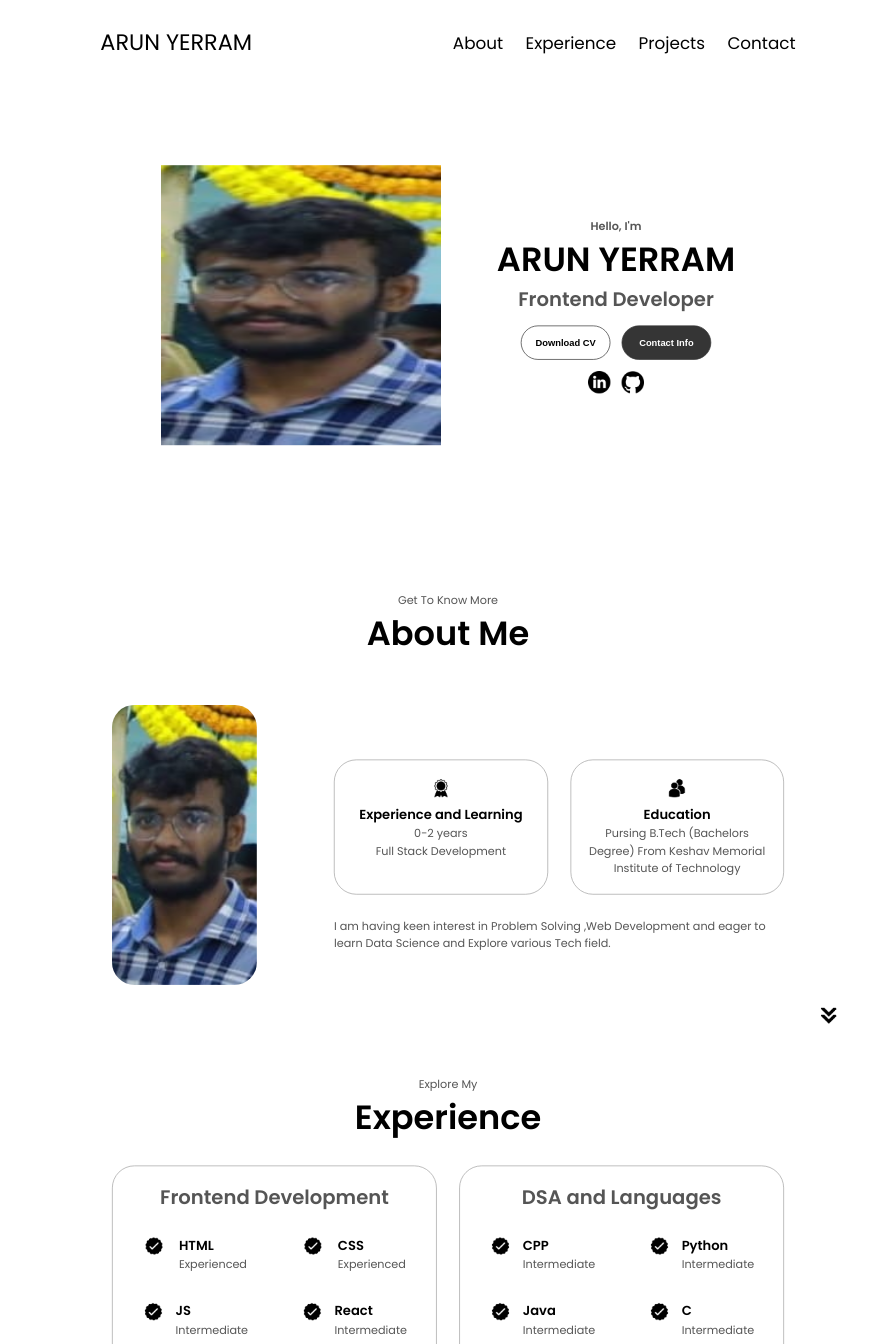
Repository: ARUN-YERRAM/ARUN-YERRAM-PORTFOLIO
Page: portfolio/index.html
These files come from the project's save history. The page is drawn as it stood at one moment and after a run of saves; the edit follows.
The browser window is 1280 px wide. The pictures show the part of the page from y = 0 to 1920 px (the page is 3401 px tall), at 70% of full size.

Above is the page before, as saved 2024-07-07 04:22:33.

### portfolio/index.html
<!DOCTYPE html>
<html lang="en">
  <head>
    <meta charset="UTF-8" />
    <meta http-equiv="X-UA-Compatible" content="IE=edge" />
    <meta name="viewport" content="width=device-width, initial-scale=1.0" />
    <title>My Portfolio</title>
    <link rel="stylesheet" href="style.css" />
    <link rel="stylesheet" href="mediaqueries.css" />
  </head>
  <body>
    <nav id="desktop-nav">
      <div class="logo">ARUN YERRAM</div>
      <div>
        <ul class="nav-links">
          <li><a href="#about">About</a></li>
          <li><a href="#experience">Experience</a></li>
          <li><a href="#projects">Projects</a></li>
          <li><a href="#contact">Contact</a></li>
        </ul>
      </div>
    </nav>
    <nav id="hamburger-nav">
      <div class="logo">ARUN YERRAM</div>
      <div class="hamburger-menu">
        <div class="hamburger-icon" onclick="toggleMenu()">
          <span></span>
          <span></span>
          <span></span>
        </div>
        <div class="menu-links">
          <li><a href="#about" onclick="toggleMenu()">About</a></li>
          <li><a href="#experience" onclick="toggleMenu()">Experience</a></li>
          <li><a href="#projects" onclick="toggleMenu()">Projects</a></li>
          <li><a href="#contact" onclick="toggleMenu()">Contact</a></li>
        </div>
      </div>
    </nav>
    <section id="profile">
      <div class="section__pic-container">
        <img src="./assets/Photo1.jpg" alt="John Doe profile picture" width = "400px" />
      </div>
      <div class="section__text">
        <p class="section__text__p1">Hello, I'm</p>
        <h1 class="title">ARUN YERRAM</h1>
        <p class="section__text__p2">Frontend Developer</p>
        <div class="btn-container">
          <button
            class="btn btn-color-2"
            onclick="window.open('./assets/My_Resume.pdf')"
          >
            Download CV
          </button>
          <button class="btn btn-color-1" onclick="location.href='./#contact'">
            Contact Info
          </button>
        </div>
        <div id="socials-container">
          <img
            src="./assets/linkedin.png"
            alt="My LinkedIn profile"
            class="icon"
            onclick="window.open('https://www.linkedin.com/in/arun-yerram/','_blank')"
          />
          <img
            src="./assets/github.png"
            alt="My Github profile"
            class="icon"
            onclick="location.href='https://github.com/ARUN-YERRAM?tab=repositories'"
          />
        </div>
      </div>
    </section>
    <section id="about">
      <p class="section__text__p1">Get To Know More</p>
      <h1 class="title">About Me</h1>
      <div class="section-container">
        <div class="section__pic-container">
          <img
            src="./assets/Photo1.jpg"
            alt="Profile picture"
            class="about-pic"
          />
        </div>
        <div class="about-details-container">
          <div class="about-containers">
            <div class="details-container">
              <img
                src="./assets/experience.png"
                alt="Experience icon"
                class="icon"
              />
              <h3>Experience and Learning</h3>
              <p>0-2 years <br />Full Stack Development</p>
            </div>
            <div class="details-container">
              <img
                src="./assets/education.png"
                alt="Education icon"
                class="icon"
              />
              <h3>Education</h3>
              <p>Pursing B.Tech (Bachelors Degree) From Keshav Memorial Institute of Technology <br /></p>
            </div>
          </div>
          <div class="text-container">
            <p>
              I am having keen interest in Problem Solving ,Web Development and eager to learn Data Science and Explore various Tech field.
            </p>
          </div>
        </div>
      </div>
      <img
        src="./assets/arrow.png"
        alt="Arrow icon"
        class="icon arrow"
        onclick="location.href='./#experience'"
      />
    </section>
    <section id="experience">
      <p class="section__text__p1">Explore My</p>
      <h1 class="title">Experience</h1>
      <div class="experience-details-container">
        <div class="about-containers">
          <div class="details-container">
            <h2 class="experience-sub-title">Frontend Development</h2>
            <div class="article-container">
              <article>
                <img
                  src="./assets/checkmark.png"
                  alt="Experience icon"
                  class="icon"
                />
                <div>
                  <h3>HTML</h3>
                  <p>Experienced</p>
                </div>
              </article>

              <article>
                <img
                  src="./assets/checkmark.png"
                  alt="Experience icon"
                  class="icon"
                />
                <div>
                  <h3>CSS</h3>
                  <p>Experienced</p>
                </div>
              </article>

              <article>
                <img
                  src="./assets/checkmark.png"
                  alt="Experience icon"
                  class="icon"
                />
                <div>
                  <h3>JS</h3>
                  <p>Intermediate</p>
                </div>
              </article>

              <article>
                <img
                  src="./assets/checkmark.png"
                  alt="Experience icon"
                  class="icon"
                />
                <div>
                  <h3>React</h3>
                  <p>Intermediate</p>
                </div>
              </article>

              <article>
                <img
                  src="./assets/checkmark.png"
                  alt="Experience icon"
                  class="icon"
                />
                <div>
                  <h3>MongoDb</h3>
                  <p>Intermediate</p>
                </div>
              </article>

                <article>
                  <img
                    src="./assets/checkmark.png"
                    alt="Experience icon"
                    class="icon"
                  />
                  <div>
                    <h3>Node JS</h3>
                    <p>Intermediate</p>
                  </div>
                </article>


                <article>
                  <img
                    src="./assets/checkmark.png"
                    alt="Experience icon"
                    class="icon"
                  />
                  <div>
                    <h3>Express JS</h3>
                    <p>Intermediate</p>
                  </div>
                </article>

                <article>
                <img
                  src="./assets/checkmark.png"
                  alt="Experience icon"
                  class="icon"
                />
                <div>
                  <h3>Git && Github</h3>
                  <p>Intermediate</p>
                </div>
              </article>

            </div>
          </div>
          <div class="details-container">
            <h2 class="experience-sub-title">DSA and Languages</h2>
            <div class="article-container">
              <article>
                <img
                  src="./assets/checkmark.png"
                  alt="Experience icon"
                  class="icon"
                />
                <div>
                  <h3>CPP</h3>
                  <p>Intermediate</p>
                </div>
              </article>
              <article>
                <img
                  src="./assets/checkmark.png"
                  alt="Experience icon"
                  class="icon"
                />
                <div>
                  <h3>Python</h3>
                  <p>Intermediate</p>
                </div>
              </article>

              <article>
                <img
                  src="./assets/checkmark.png"
                  alt="Experience icon"
                  class="icon"
                />
                <div>
                  <h3>Java</h3>
                  <p>Intermediate</p>
                </div>
              </article>

              <article>
                <img
                  src="./assets/checkmark.png"
                  alt="Experience icon"
                  class="icon"
                />
                <div>
                  <h3>C</h3>
                  <p>Intermediate</p>
                </div>
              </article>
            </div>
          </div>
        </div>
      </div>
      <img
        src="./assets/arrow.png"
        alt="Arrow icon"
        class="icon arrow"
        onclick="location.href='./#projects'"
      />
    </section>
    <section id="projects">
      <p class="section__text__p1">Browse My Recent</p>
      <h1 class="title">Projects</h1>
      <div class="experience-details-container">
        <div class="about-containers">
          <div class="details-container color-container">
            <div class="article-container">
              <img
                src="./assets/P1.png"
                alt="Project 1"
                class="project-img"
              />
            </div>
            <h2 class="experience-sub-title project-title">NYAAYSAHAAYAK</h2>
            <div class="btn-container">
              <button
                class="btn btn-color-2 project-btn"
                onclick="location.href='https://github.com/ARUN-YERRAM/NYAAYSAHAAYAK'"
              >
                Github
              </button>
              <button
                class="btn btn-color-2 project-btn"
                onclick="location.href=''"
              >
                Live Demo
              </button>
            </div>
          </div>
          <div class="details-container color-container">
            <div class="article-container">
              <img
                src="./assets/project-2.png"
                alt="Project 2"
                class="project-img"
              />
            </div>
            <h2 class="experience-sub-title project-title">LecturesCheck</h2>
            <div class="btn-container">
              <button
                class="btn btn-color-2 project-btn"
                onclick="location.href='https://github.com/ARUN-YERRAM/LecturesCheck'"
              >
                Github
              </button>
              <button
                class="btn btn-color-2 project-btn"
                onclick="location.href=''"
              >
                Live Demo
              </button>
            </div>
          </div>

          <!-- <div class="details-container color-container">
            <div class="article-container">
              <img
                src="./assets/project-3.png"
                alt="Project 3"
                class="project-img"
              />
            </div>
          </div> -->
        </div>
      </div>
      <img
        src="./assets/arrow.png"
        alt="Arrow icon"
        class="icon arrow"
        onclick="location.href='./#contact'"
      />
    </section>
    <section id="contact">
      <p class="section__text__p1">Get in Touch</p>
      <h1 class="title">Contact Me</h1>
      <div class="contact-info-upper-container">
        <div class="contact-info-container">
          <img
            src="./assets/email.png"
            alt="Email icon"
            class="icon contact-icon email-icon"
          />
          <p><a href="mailto:examplemail@gmail.com">arunyerram12022005@gmail.com</a></p>
        </div>
        <div class="contact-info-container">
          <img
            src="./assets/linkedin.png"
            alt="LinkedIn icon"
            class="icon contact-icon"
          />
          <p><a href="https://www.linkedin.com/in/arun-yerram/">LinkedIn</a></p>
        </div>
      </div>
    </section>
    <footer>
      <nav>
        <div class="nav-links-container">
          <ul class="nav-links">
            <li><a href="#about">About</a></li>
            <li><a href="#experience">Experience</a></li>
            <li><a href="#projects">Projects</a></li>
            <li><a href="#contact">Contact</a></li>
          </ul>
        </div>
      </nav>
      <p>Copyright &#169; 2024 Arun Yerram. All Rights Reserved.</p>
    </footer>
    <script src="script.js"></script>
  </body>
</html>

### portfolio/style.css
/* GENERAL */

@import url("https://fonts.googleapis.com/css2?family=Poppins:wght@300;400;500;600&display=swap");

* {
  margin: 0;
  padding: 0;
}

body {
  font-family: "Poppins", sans-serif;
}

html {
  scroll-behavior: smooth;
}

p {
  color: rgb(85, 85, 85);
}

/* TRANSITION */

a,
.btn {
  transition: all 300ms ease;
}

/* DESKTOP NAV */

nav,
.nav-links {
  display: flex;
}

nav {
  justify-content: space-around;
  align-items: center;
  height: 17vh;
}

.nav-links {
  gap: 2rem;
  list-style: none;
  font-size: 1.5rem;
}

a {
  color: black;
  text-decoration: none;
  text-decoration-color: white;
}

a:hover {
  color: grey;
  text-decoration: underline;
  text-underline-offset: 1rem;
  text-decoration-color: rgb(181, 181, 181);
}

.logo {
  font-size: 2rem;
}

.logo:hover {
  cursor: default;
}

/* HAMBURGER MENU */

#hamburger-nav {
  display: none;
}

.hamburger-menu {
  position: relative;
  display: inline-block;
}

.hamburger-icon {
  display: flex;
  flex-direction: column;
  justify-content: space-between;
  height: 24px;
  width: 30px;
  cursor: pointer;
}

.hamburger-icon span {
  width: 100%;
  height: 2px;
  background-color: black;
  transition: all 0.3 ease-in-out;
}

.menu-links {
  position: absolute;
  top: 100%;
  right: 0;
  background-color: white;
  width: fit-content;
  max-height: 0;
  overflow: hidden;
  transition: all 0.3 ease-in-out;
}

.menu-links a {
  display: block;
  padding: 10px;
  text-align: center;
  font-size: 1.5rem;
  color: black;
  text-decoration: none;
  transition: all 0.3 ease-in-out;
}

.menu-links li {
  list-style: none;
}

.menu-links.open {
  max-height: 300px;
}

.hamburger-icon.open span:first-child {
  transform: rotate(45deg) translate(10px, 5px);
}

.hamburger-icon.open span:nth-child(2) {
  opacity: 0;
}

.hamburger-icon.open span:last-child {
  transform: rotate(-45deg) translate(10px, -5px);
}

.hamburger-icon span:first-child {
  transform: none;
}

.hamburger-icon span:first-child {
  opacity: 1;
}

.hamburger-icon span:first-child {
  transform: none;
}

/* SECTIONS */

section {
  padding-top: 4vh;
  height: 96vh;
  margin: 0 10rem;
  box-sizing: border-box;
  min-height: fit-content;
}

.section-container {
  display: flex;
}

/* PROFILE SECTION */

#profile {
  display: flex;
  justify-content: center;
  gap: 5rem;
  height: 80vh;
}

.section__pic-container {
  display: flex;
  height: 400px;
  width: 400px;
  margin: auto 0;
}

.section__text {
  align-self: center;
  text-align: center;
}

.section__text p {
  font-weight: 600;
}

.section__text__p1 {
  text-align: center;
}

.section__text__p2 {
  font-size: 1.75rem;
  margin-bottom: 1rem;
}

.title {
  font-size: 3rem;
  text-align: center;
}

#socials-container {
  display: flex;
  justify-content: center;
  margin-top: 1rem;
  gap: 1rem;
}

/* ICONS */

.icon {
  cursor: pointer;
  height: 2rem;
}

/* BUTTONS */

.btn-container {
  display: flex;
  justify-content: center;
  gap: 1rem;
}

.btn {
  font-weight: 600;
  transition: all 300ms ease;
  padding: 1rem;
  width: 8rem;
  border-radius: 2rem;
}

.btn-color-1,
.btn-color-2 {
  border: rgb(53, 53, 53) 0.1rem solid;
}

.btn-color-1:hover,
.btn-color-2:hover {
  cursor: pointer;
}

.btn-color-1,
.btn-color-2:hover {
  background: rgb(53, 53, 53);
  color: white;
}

.btn-color-1:hover {
  background: rgb(0, 0, 0);
}

.btn-color-2 {
  background: none;
}

.btn-color-2:hover {
  border: rgb(255, 255, 255) 0.1rem solid;
}

.btn-container {
  gap: 1rem;
}

/* ABOUT SECTION */

#about {
  position: relative;
}

.about-containers {
  gap: 2rem;
  margin-bottom: 2rem;
  margin-top: 2rem;
}

.about-details-container {
  justify-content: center;
  flex-direction: column;
}

.about-containers,
.about-details-container {
  display: flex;
}

.about-pic {
  border-radius: 2rem;
}

.arrow {
  position: absolute;
  right: -5rem;
  bottom: 2.5rem;
}

.details-container {
  padding: 1.5rem;
  flex: 1;
  background: white;
  border-radius: 2rem;
  border: rgb(53, 53, 53) 0.1rem solid;
  border-color: rgb(163, 163, 163);
  text-align: center;
}

.section-container {
  gap: 4rem;
  height: 80%;
}

.section__pic-container {
  height: 400px;
  width: 400px;
  margin: auto 0;
}

/* EXPERIENCE SECTION */

#experience {
  position: relative;
}

.experience-sub-title {
  color: rgb(85, 85, 85);
  font-weight: 600;
  font-size: 1.75rem;
  margin-bottom: 2rem;
}

.experience-details-container {
  display: flex;
  justify-content: center;
  flex-direction: column;
}

.article-container {
  display: flex;
  text-align: initial;
  flex-wrap: wrap;
  flex-direction: row;
  gap: 2.5rem;
  justify-content: space-around;
}

article {
  display: flex;
  width: 10rem;
  justify-content: space-around;
  gap: 0.5rem;
}

article .icon {
  cursor: default;
}

/* PROJECTS SECTION */

#projects {
  position: relative;
}

.color-container {
  border-color: rgb(163, 163, 163);
  background: rgb(250, 250, 250);
}

.project-img {
  border-radius: 2rem;
  width: 90%;
  height: 90%;
}

.project-title {
  margin: 1rem;
  color: black;
}

.project-btn {
  color: black;
  border-color: rgb(163, 163, 163);
}

/* CONTACT */

#contact {
  display: flex;
  justify-content: center;
  flex-direction: column;
  height: 70vh;
}

.contact-info-upper-container {
  display: flex;
  justify-content: center;
  border-radius: 2rem;
  border: rgb(53, 53, 53) 0.1rem solid;
  border-color: rgb(163, 163, 163);
  background: (250, 250, 250);
  margin: 2rem auto;
  padding: 0.5rem;
}

.contact-info-container {
  display: flex;
  align-items: center;
  justify-content: center;
  gap: 0.5rem;
  margin: 1rem;
}

.contact-info-container p {
  font-size: larger;
}

.contact-icon {
  cursor: default;
}

.email-icon {
  height: 2.5rem;
}

/* FOOTER SECTION */

footer {
  height: 26vh;
  margin: 0 1rem;
}

footer p {
  text-align: center;
}

### portfolio/mediaqueries.css
@media screen and (max-width: 1400px) {
  #profile {
    height: 83vh;
    margin-bottom: 6rem;
  }
  .about-containers {
    flex-wrap: wrap;
  }
  #contact,
  #projects {
    height: fit-content;
  }
}

@media screen and (max-width: 1200px) {
  #desktop-nav {
    display: none;
  }
  #hamburger-nav {
    display: flex;
  }
  #experience,
  .experience-details-container {
    margin-top: 2rem;
  }
  #profile,
  .section-container {
    display: block;
  }
  .arrow {
    display: none;
  }
  section,
  .section-container {
    height: fit-content;
  }
  section {
    margin: 0 5%;
  }
  .section__pic-container {
    width: 275px;
    height: 275px;
    margin: 0 auto 2rem;
  }
  .about-containers {
    margin-top: 0;
  }
}

@media screen and (max-width: 600px) {
  #contact,
  footer {
    height: 40vh;
  }
  #profile {
    height: 83vh;
    margin-bottom: 0;
  }
  article {
    font-size: 1rem;
  }
  footer nav {
    height: fit-content;
    margin-bottom: 2rem;
  }
  .about-containers,
  .contact-info-upper-container,
  .btn-container {
    flex-wrap: wrap;
  }
  .contact-info-container {
    margin: 0;
  }
  .contact-info-container p,
  .nav-links li a {
    font-size: 1rem;
  }
  .experience-sub-title {
    font-size: 1.25rem;
  }
  .logo {
    font-size: 1.5rem;
  }
  .nav-links {
    flex-direction: column;
    gap: 0.5rem;
    text-align: center;
  }
  .section__pic-container {
    width: auto;
    height: 46vw;
    justify-content: center;
  }
  .section__text__p2 {
    font-size: 1.25rem;
  }
  .title {
    font-size: 2rem;
  }
  .text-container {
    text-align: justify;
  }
}

Loaded but not shown: portfolio/script.js (common file)

After the next 2 saves:
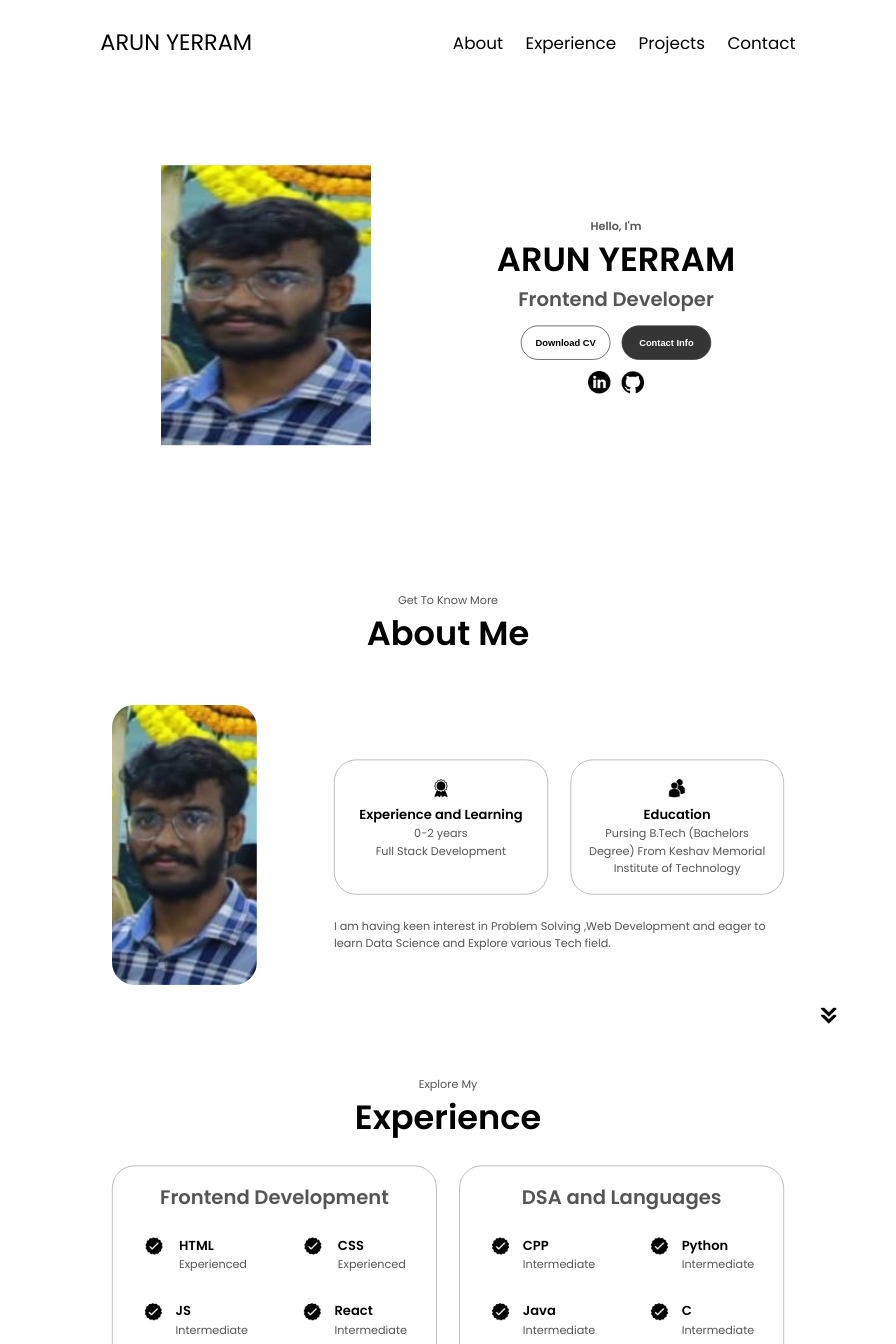
The 2 saves are shown as one change because they came seconds apart.
The last was saved 8 s later.
--- a/portfolio/index.html
+++ b/portfolio/index.html
@@ -38,7 +38,7 @@
     </nav>
     <section id="profile">
       <div class="section__pic-container">
-        <img src="./assets/Photo1.jpg" alt="John Doe profile picture" width = "400px" />
+        <img src="./assets/Photo1.jpg" alt="John Doe profile picture" width = "300px" />
       </div>
       <div class="section__text">
         <p class="section__text__p1">Hello, I'm</p>
